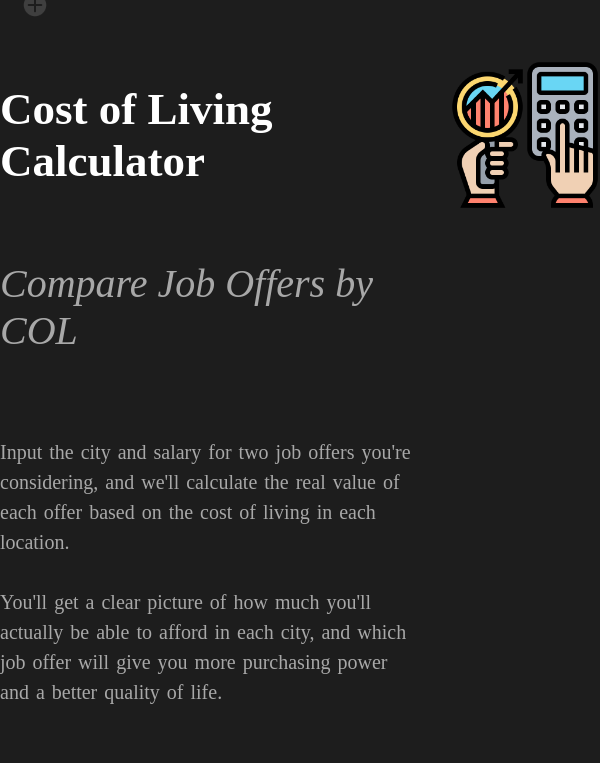
Repository: robbymcd/Salary-Comp
Page: /, after clicking the first element matching `img.x`
The author's editor kept a copy of each file at every save. The page is drawn from the files as they stood at one save, then again after the next save.
The browser window is 600 px wide. The pictures show the whole page.
Some web fonts or font styles are not loaded; a fallback is used. The project was rebuilt for these pictures with package versions that can differ from the ones it lists, and the page was loaded fresh each time. Also part of the build but not shown: src/Select.css, src/Main.css, src/Main.js.

Above is the page before, as saved 2023-06-16 17:57:38.

### public/index.html
<!DOCTYPE html>
<html lang="en">
  <head>
    <meta charset="utf-8" />
    <link rel="icon" href="%PUBLIC_URL%/favicon.ico" />
    <meta name="viewport" content="width=device-width, initial-scale=1" />
    <meta name="theme-color" content="#000000" />
    <meta
      name="description"
      content="Compare Job Offers by COL"
    />
    <link rel="apple-touch-icon" href="%PUBLIC_URL%/favicon.ico" />
    <!--
      manifest.json provides metadata used when your web app is installed on a
      user's mobile device or desktop. See https://developers.google.com/web/fundamentals/web-app-manifest/
    -->
    <link rel="manifest" href="%PUBLIC_URL%/manifest.json" />
    <!--
      Notice the use of %PUBLIC_URL% in the tags above.
      It will be replaced with the URL of the `public` folder during the build.
      Only files inside the `public` folder can be referenced from the HTML.

      Unlike "/favicon.ico" or "favicon.ico", "%PUBLIC_URL%/favicon.ico" will
      work correctly both with client-side routing and a non-root public URL.
      Learn how to configure a non-root public URL by running `npm run build`.
    -->
    <title>Salary Comp</title>
  </head>
  <body>
    <noscript>You need to enable JavaScript to run this app.</noscript>
    <div id="root"></div>
    <!--
      This HTML file is a template.
      If you open it directly in the browser, you will see an empty page.

      You can add webfonts, meta tags, or analytics to this file.
      The build step will place the bundled scripts into the <body> tag.

      To begin the development, run `npm start` or `yarn start`.
      To create a production bundle, use `npm run build` or `yarn build`.
    -->
  </body>
</html>

### src/index.css
body {
  margin: 0;
  font-family: -apple-system, BlinkMacSystemFont, 'Segoe UI', 'Roboto', 'Oxygen',
    'Ubuntu', 'Cantarell', 'Fira Sans', 'Droid Sans', 'Helvetica Neue',
    sans-serif;
  -webkit-font-smoothing: antialiased;
  -moz-osx-font-smoothing: grayscale;
  height: 100%;
  width: 100%;
}

html {
  height: 100%;
  width: 100%;
  background-color: #1D1D1D;
}

code {
  font-family: source-code-pro, Menlo, Monaco, Consolas, 'Courier New',
    monospace;
}

### src/App.js
import React, { useState } from 'react';
import './App.css';
import Sidebar from './Sidebar.js';
import Content from './Content.js';

function App() {
  const [isSubmitted, setIsSubmitted] = useState(false);
  const [cityCOL1, setCityCOL1] = useState('');
  const [cityCOL2, setCityCOL2] = useState('');
  const [cityName1, setCityName1] = useState('');
  const [cityName2, setCityName2] = useState('');
  const [salary1, setSalary1] = useState('');
  const [salary2, setSalary2] = useState('');

  const handleFormSubmit = (formData) => {
    setIsSubmitted(true);
    setCityCOL1(formData.cityCOL1);
    setCityCOL2(formData.cityCOL2);
    setCityName1(formData.cityName1);
    setCityName2(formData.cityName2);
    setSalary1(formData.salary1);
    setSalary2(formData.salary2);
  };

  return (
    <div className="main">
        <Sidebar onFormSubmit={handleFormSubmit}/>
        <Content isSubmitted={isSubmitted} cityCOL1={cityCOL1} cityCOL2={cityCOL2} cityName1={cityName1} cityName2={cityName2} salary1={salary1} salary2={salary2} />
    </div>
  );
}

export default App;

### src/App.css
.main {
    display: flex;
    flex-direction: row;
    height: 200%;
    width: 100%;
    background-color: #1D1D1D;
}

@media screen and (max-width: 700px) {
    .main {
        flex-direction: column;
    }
}

### src/Content.js
import React from 'react';
import './Content.css';
import Instruction from './Instruction.js';
import Main from './Main.js';

export default function Content({ isSubmitted ,cityCOL1 ,cityCOL2, cityName1, cityName2 , salary1, salary2 }) {

    return (
        <div className='Content-container'>
            {isSubmitted ? <Main cityCOL1={cityCOL1} cityCOL2={cityCOL2} cityName1={cityName1} cityName2={cityName2} salary1={salary1} salary2={salary2}/> : <Instruction />}
        </div>
    );
}

### src/Sidebar.css
@import url('https://fonts.googleapis.com/css?family=Roboto-Mono');
@import url('https://fonts.googleapis.com/css?family=Mukta-Vaani');
.sidebar {
    display: flex;
    height: 100vh;
    width: fit-content;
}

.closed-sidebar {
    display: flex;
    height: 100vh;
    width: fit-content;
    margin-right: 22vw;
}

.plusIcon {
    height: 30px;
    width: 30px;
    margin-left: 20px;
    align-self: center;
    cursor: pointer;
}

.plusIcon:hover {
    opacity: 0.5;
}

.error {
    display: flex;
    font-size: 15px;
    margin-bottom: -15px;
    color: #BA1F33;
}

.button-container {
    display: flex;
    flex-direction: column;
    gap: 10px;
    margin-top: 20px;
}

.submit-container {
    display: flex;
}

.submit {
    height: 30px;
    width: clamp(100px, 20vw, 300px);
    border-radius: 10px;
    border: none;
    outline: none;
    cursor: pointer;
    background-color: #52796F;
    font-family: Mukta Vaani;
    font-size: 15px;
    color: #000;
    box-shadow: 0px 4px 4px rgba(0, 0, 0, 0.25);
}

.submit:hover {
    opacity: 0.8;
}

.clear-container {
    display: flex;
}

.clear {
    height: 30px;
    width: clamp(100px, 20vw, 300px);
    border-radius: 10px;
    border: none;
    outline: none;
    cursor: pointer;
    background-color: #a8a8a8;
    font-family: Mukta Vaani;
    font-size: 15px;
    color: #000;
    box-shadow: 0px 4px 4px rgba(0, 0, 0, 0.25);
}

.clear:hover {
    opacity: 0.8;
}

@media screen and (min-width: 1650px) {
    .button-container {
        gap: 20px;
    }
}

@media screen and (max-width: 700px) {
    .sidebar {
        height: fit-content;
        width: 100%;
    }

    .closed-sidebar {
        height: 10px;
    }
}

### src/OpenSidebar.css
@import url('https://fonts.googleapis.com/css?family=Roboto-Mono');
@import url('https://fonts.googleapis.com/css?family=Mukta-Vaani');

.open-sidebar {
    display: flex;
    flex-direction: column;
    height: 100vh;
    width: 25vw;
    background-color: #000;
    box-shadow: 0px 0px 4px 4px rgba(0, 0, 0, 0.25);
    margin-right: 8vw;
    transition: transform 0.3s ease-in-out;
}

.sidebar-header {
    display: flex;
    width: 25vw;
    border-bottom: 2px solid #1d1d1d;
    justify-content: space-between;
    align-items: center;
}

.sidebar-wrapper {
    display: inline-block;
}

.centering {
    display: flex;
    flex-direction: row;
    width: 100%;
    align-self: center;
    align-items: center;
    justify-content: center;
}

.logo {
    display: flex;
    flex-direction: row;
    width: 100%;
    align-items: center;
    justify-content: center;
    gap: 10px;
    cursor: pointer;
}

.logo:hover {
    opacity: .8;
}

.logo p {
    font-family: Roboto Mono;
    color: #52796F;
    font-size: 25px;
}

.chart {
    height: 20px;
    width: 20px;
}

.city {
    display: flex;
    flex-direction: column;
    font-family: Mukta Vaani;
    font-style: normal;
    font-weight: 300;
    font-size: 20px;
    color: #fff;
}

.salary{
    display: flex;
    flex-direction: column;
    font-family: Mukta Vaani;
    font-style: normal;
    font-weight: 300;
    font-size: 20px;
    color: #fff;
}

.salary label {
    display: flex;
    justify-self: center;
}

.form {
    display: flex;
    flex-direction: column;
    font-family: Mukta Vaani;
    height: 100%;
    align-items: center;
    gap: 20px;
    border-bottom: 2px solid #1d1d1d;
    justify-content: center;
    padding: 20px;
}

.form h1 {
    color: #fff;
    font-family: Roboto Mono;
    font-size: 30px;
    font-weight: 700;
    font-style: normal;
    text-align: center;
    margin-top: 10px;
    margin-bottom: 0px;
}

select {
    cursor: pointer;
}

input {
    text-decoration: none;
    height: 30px;
    width: clamp(100px, 20vw, 300px);
    border-radius: 10px;
    outline: none;
    border: none;
    padding: 0;
    text-align: center;
    font-size: 16px;
    cursor: pointer;
}

.salarycomp {
    height: 80px;
    width: 360px;
}

.x {
    height: 25px;
    width: 25px;
    cursor: pointer;
    margin-right: 10px;
}

.x:hover {
    opacity: 0.5;
    transition: ease-in-out 0.2s;
}

.footer {
    display: flex;
    flex-direction: column;
    align-items: center;
    justify-content: center;
    width: 100%;
    background-color: #000;
}

.footer p {
    color: #fff;
    opacity: .6;
    font-family: 'Mukta Vaani';
    font-style: normal;
    font-weight: 300;
    font-size: 14px;
    text-align: center;
}

.hiw {
    display: flex;
    flex-direction: row;
    align-items: center;
    justify-content: center;
    gap: 10px;
}

.hiw a {
    font-size: 14px;
    font-weight: 300;
    font-family: 'Mukta Vaani';
    color: #00bfff;
}

.hiw a:hover {
    opacity: 0.5;
    transition: ease-in-out 0.2s;
}

.github {
    height: 50px;
    width: 50px;
    cursor: pointer;
}

.github:hover {
    opacity: 0.8;
}

@media screen and (max-width: 1000px) {
    .footer p {
        font-size: 10px;
    }

    .hiw a {
        font-size: 10px;
    }

    .hiw {
        margin-top: 10px;
        margin-bottom: 5px;
        gap: 5px;
    }
}

@media screen and (min-height: 800px) {
    .form h1 {
        margin-top: 0;
        margin-bottom: 20px;
    }

    input {
        margin-bottom: 50px;
    }
}

@media screen and (max-width: 700px) {
    .open-sidebar {
        width: 100%;
        margin: 0;
    }
}

### src/Content.css
@import url('https://fonts.googleapis.com/css?family=Kadwa');
@import url('https://fonts.googleapis.com/css?family=Hind-Madurai');

.Content-container {
    display: flex;
    width: 100%;
}

.header {
    display: flex;
    flex-direction: row;
    align-items: center;
    margin-top: 50px;
    gap: 25px;
}

.content h1 {
    font-family: Kadwa;
    font-weight: bold;
    font-size: 45px;
    height: 100%;
    margin: 0;
}

.content h2 {
    font-family: Hind Madurai;
    font-size: 40px;
    color: #a8a8a8;
    margin-top: 50px;
    width: 75%;
    font-weight: 500;
    font-style: italic;
}

.content p {
    display: flex;
    width: 50vw;
    font-family: Hind Madurai;
    font-size: 20px;
    color: #a8a8a8;
    word-spacing: 2px;
    line-height: 1.5;
    margin-top: 50px;
    width: 70%;
}

.content {
    display: flex;
    flex-direction: column;
    color: #fff;
    height: fit-content;
    width: 100%;
    justify-items: center;
}

.calculator {
    display: flex;
    height: 150px;
    width: 150px;
}

### src/Instruction.js
import calculator from './calculator.png';

export default function Instruction() {
    return (
        <div className="content">
            <div className="header">
                <h1>Cost of Living Calculator</h1>
                <img className="calculator" src={calculator} alt='calculator'></img>
            </div>
            <h2>Compare Job Offers by COL</h2>
            <p>Input the city and salary for two job offers you're considering, and we'll calculate the real value of each offer based on the cost of living in each location.<br/><br/>You'll get a clear picture of how much you'll actually be able to afford in each city, and which job offer will give you more purchasing power and a better quality of life.
            </p>
        </div>
    );
}

Loaded but not shown: src/index.js (common file); src/reportWebVitals.js (common file); src/Sidebar.js (399 lines, source omitted)

After the next save:
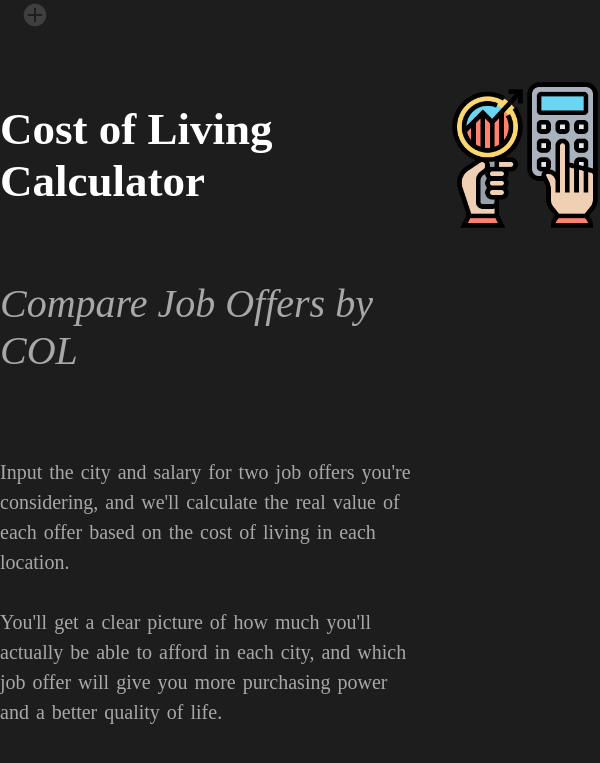
Saved 13 s later.
--- a/src/Sidebar.css
+++ b/src/Sidebar.css
@@ -96,6 +96,6 @@
     }
 
     .closed-sidebar {
-        height: 10px;
+        height: fit-content;
     }
 }
